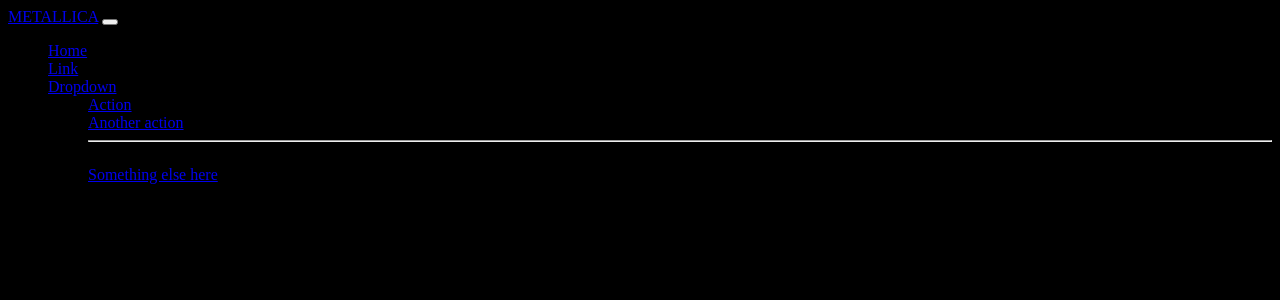
Repository: Kaleidiana/Metallicaa
Page: about.html
These files come from the project's save history. The page is drawn as it stood at one moment and after the next save; the edit follows.
The browser window is 1280 px wide. The pictures show the whole page.

Above is the page before, as saved 2024-03-16 15:21:50.

After the next save:
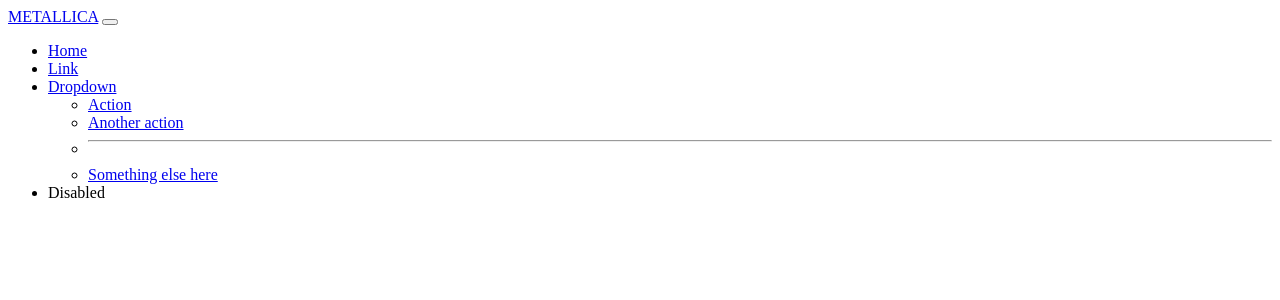
Saved 25 s later.
--- a/about.html
+++ b/about.html
@@ -3,7 +3,7 @@
 
 <head>
     <meta charset="UTF-8">
-    <link rel="stylesheet" href="about.css">
+
 
     <meta name="viewport" content="width=device-width, initial-scale=1.0">
     <title>Metallica</title>
